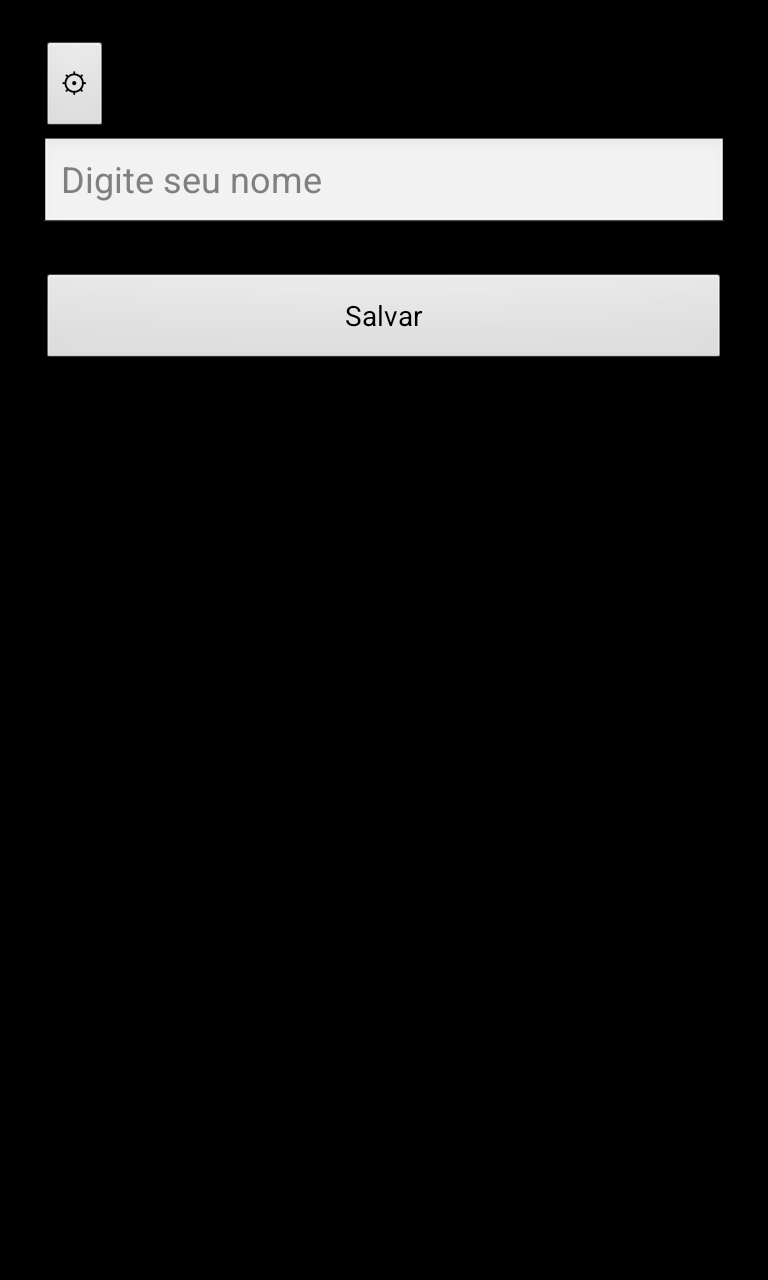
Repository: JoelmirMoura/AppMensagem
Layout: Mensagem/res/layout/main.xml
These files come from the project's save history. The layout is drawn as it stood at one moment and after the next save; the edit follows.
It is drawn on a 768 x 1280 px phone screen (xhdpi) without system bars, with theme android:Theme; the app's code is not run.

Above is the layout before, as saved 2026-04-27 11:37:43.

After the next save:
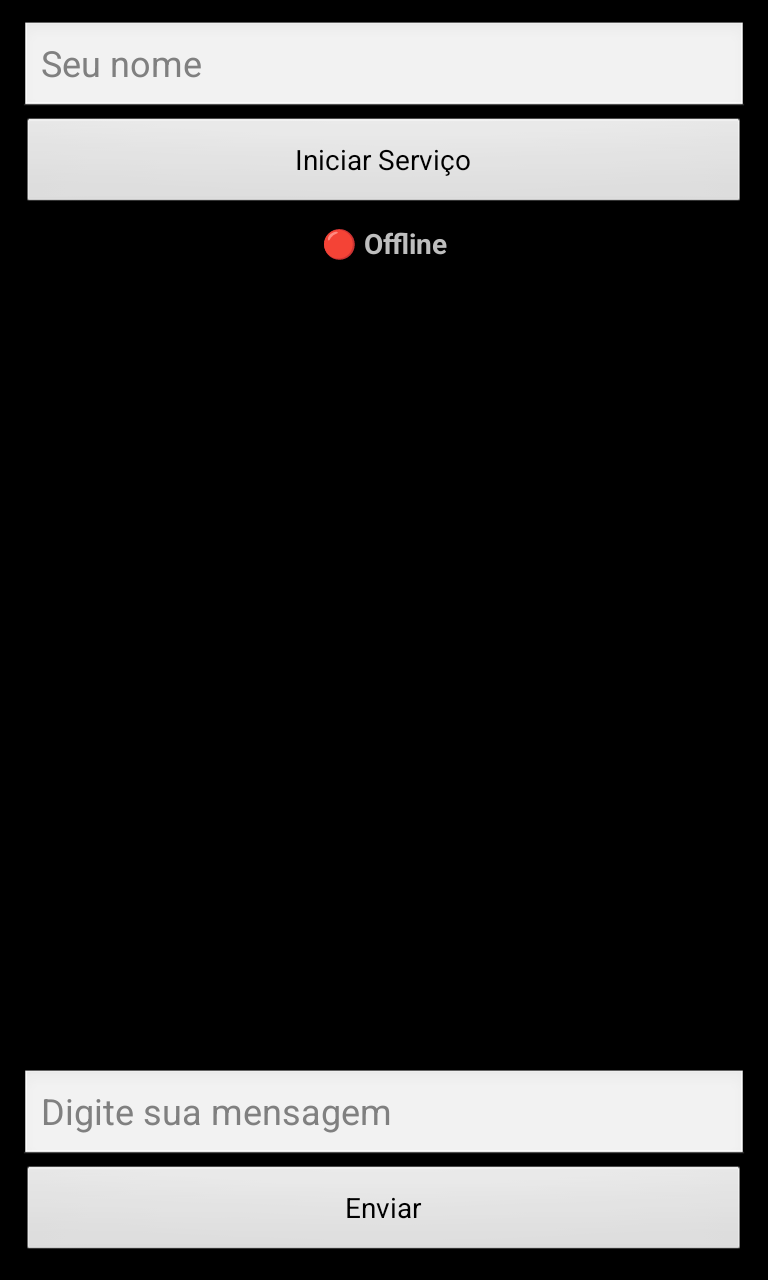
Saved 4 s later.
--- a/Mensagem/res/layout/main.xml
+++ b/Mensagem/res/layout/main.xml
@@ -1,29 +1,63 @@
-<?xml version="1.0" encoding="utf-8"?>
 <LinearLayout xmlns:android="http://schemas.android.com/apk/res/android"
     android:orientation="vertical"
-    android:padding="20dp"
-    android:layout_width="match_parent"
-    android:layout_height="match_parent">
+    android:padding="10dp"
+    android:layout_width="fill_parent"
+    android:layout_height="fill_parent">
 
-	<Button
-    	android:id="@+id/btnConfig"
-    	android:layout_width="wrap_content"
+
+	<EditText
+    	android:id="@+id/editNome"
+    	android:layout_width="match_parent"
     	android:layout_height="wrap_content"
-    	android:text="⚙"
-    	android:layout_alignParentTop="true"
-    	android:layout_alignParentRight="true"/>
+    	android:hint="Seu nome"/>
+    <!-- 🔹 BOTÃO ÚNICO -->
+    <Button
+        android:id="@+id/btnServidor"
+        android:layout_width="fill_parent"
+        android:layout_height="wrap_content"
+        android:text="Iniciar Serviço" />
 
+    <!-- 🔥 STATUS -->
+    <TextView
+        android:id="@+id/txtStatus"
+        android:layout_width="fill_parent"
+        android:layout_height="wrap_content"
+        android:text="🔴 Offline"
+        android:padding="6dp"
+        android:gravity="center"
+        android:textStyle="bold" />
+
+    <!-- 🔥 ÁREA DO CHAT -->
+    <ScrollView
+        android:id="@+id/scrollChat"
+        android:layout_width="fill_parent"
+        android:layout_height="0dp"
+        android:layout_weight="1"
+        android:fillViewport="true">
+
+        <LinearLayout
+            android:id="@+id/chatContainer"
+            android:layout_width="fill_parent"
+            android:layout_height="wrap_content"
+            android:orientation="vertical"
+            android:padding="10dp" />
+
+    </ScrollView>
+
+    <!-- 🔹 DIGITAÇÃO -->
     <EditText
-        android:id="@+id/editNome"
-        android:layout_width="match_parent"
+        android:id="@+id/editMensagem"
+        android:layout_width="fill_parent"
         android:layout_height="wrap_content"
-        android:hint="Digite seu nome"/>
+        android:hint="Digite sua mensagem"
+        android:singleLine="true"
+        android:layout_marginTop="8dp" />
 
+    <!-- 🔹 ENVIAR -->
     <Button
-        android:id="@+id/btnSalvar"
-        android:layout_width="match_parent"
+        android:id="@+id/btnEnviar"
+        android:layout_width="fill_parent"
         android:layout_height="wrap_content"
-        android:text="Salvar"
-        android:layout_marginTop="20dp"/>
+        android:text="Enviar" />
 
 </LinearLayout>
